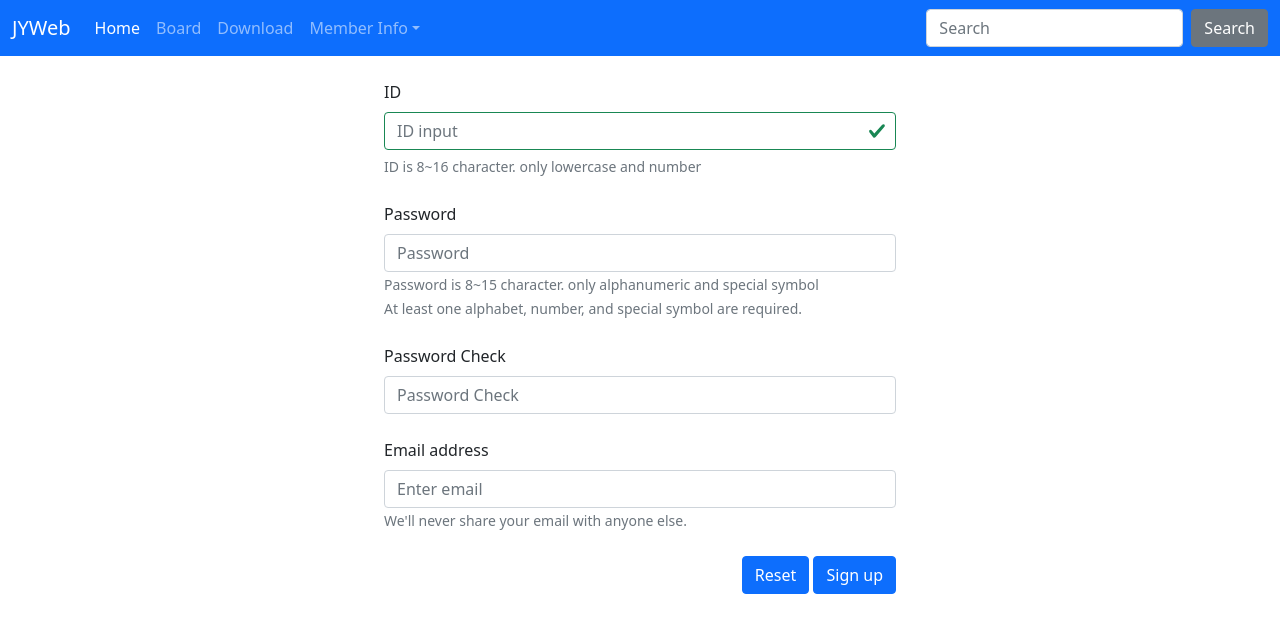
Repository: kjy4926/Javastudy
Page: http://localhost/web_service/signupform
The author's editor kept a copy of each file at every save. The page is drawn from the files as they stood at one save, then again after the next save.
The browser window is 1280 px wide. The pictures show the whole page.
The page is served by Tomcat 9. Other server files are loaded and not shown.

Above is the page before, as saved 2022-06-03 03:46:31.

### jspworkspace/web_service/WebContent/docs/signup.jsp
<%@page import="data_board.MemberDAO"%>
<%@ page language="java" contentType="text/html; charset=UTF-8"
    pageEncoding="UTF-8"%>
<%@taglib uri="http://java.sun.com/jsp/jstl/core" prefix="c" %>
<!DOCTYPE html>
<html>
<head>
	<title>Sign up</title>
	<meta charset="UTF-8">
	<link href="https://cdn.jsdelivr.net/npm/bootstrap@5.1.3/dist/css/bootstrap.min.css" rel="stylesheet" integrity="sha384-1BmE4kWBq78iYhFldvKuhfTAU6auU8tT94WrHftjDbrCEXSU1oBoqyl2QvZ6jIW3" crossorigin="anonymous">
	<link href="${pageContext.request.contextPath}/docs/css/bootstrap.min.css" rel="stylesheet">
	<style>
		.loginform{
			width: 40%;
			margin: auto;
		}
		.submit-reset{
			float: right;
		}
	</style>
	<script src="https://ajax.googleapis.com/ajax/libs/jquery/3.6.0/jquery.min.js"></script>
	<script src="${pageContext.request.contextPath}/docs/signup.js"></script>
</head>
<body>
	<c:import url="nav.jsp"></c:import>
	<section class="loginform">
		<form method="post" name="signup-form" onsubmit="return signUp(this)" action="signup">
			<div class="form-group has-success has-danger">
				<label class="form-label mt-4" for="inputID">ID</label>
				<input type="text" placeholder="ID input" class="form-control is-valid" id="inputID" name="id"
				 	pattern="^[a-z][a-z0-9]{7,15}$" oninput="idDuplicateCheck(this.form)" required>
				<div class="valid-feedback"><span id="idResult"></span></div>
				<small id="idHelp" class="form-text text-muted">ID is 8~16 character. only lowercase and number</small>
				<input type="hidden" id="dupflag" name="dupck" value="0">
			</div>
			<div class="form-group">
		      <label for="InputPassword" class="form-label mt-4">Password</label>
		      <input type="password" class="form-control" id="inputPwd" name="pwd" placeholder="Password"
		      		pattern="^(?=.*[A-Za-z])(?=.*\d)(?=.*[$@$!%*#?&])[A-Za-z\d$@$!%*#?&]{8,15}$$" required>
		      <small id="pwdHelp" class="form-text text-muted">Password is 8~15 character. only alphanumeric and special symbol</small><br>
		      <small id="pwdHelp2" class="form-text text-muted">At least one alphabet, number, and special symbol are required.</small>
		    </div>
		    <div class="form-group">
		      <label for="InputPasswordCheck" class="form-label mt-4">Password Check</label>
		      <input type="password" class="form-control" id="inputPwdck" name="pwdck" placeholder="Password Check"
		      		pattern="^(?=.*[A-Za-z])(?=.*\d)(?=.*[$@$!%*#?&])[A-Za-z\d$@$!%*#?&]{8,15}$$" required>
		    </div>
		    <div class="form-group">
		      <label for="InputEmail1" class="form-label mt-4">Email address</label>
		      <input type="email" class="form-control" id="inputEmail1" name="email"
		      		pattern="^[0-9a-zA-Z]([-_.]?[0-9a-zA-Z])*@[0-9a-zA-Z]([-_.]?[0-9a-zA-Z])*.[a-zA-Z]{2,3}$" aria-describedby="emailHelp" placeholder="Enter email" required>
		      <small id="emailHelp" class="form-text text-muted">We'll never share your email with anyone else.</small>
		    </div><br>
		    <fieldset class="submit-reset">
			    <button type="reset" class="btn btn-primary">Reset</button>
			    <button type="submit" class="btn btn-primary">Sign up</button>
		    </fieldset>
		</form>
	</section>
	<script src="https://cdn.jsdelivr.net/npm/bootstrap@5.1.3/dist/js/bootstrap.bundle.min.js" integrity="sha384-ka7Sk0Gln4gmtz2MlQnikT1wXgYsOg+OMhuP+IlRH9sENBO0LRn5q+8nbTov4+1p" crossorigin="anonymous"></script>
</body>
</html>

### jspworkspace/web_service/WebContent/docs/nav.jsp
<%@ page language="java" contentType="text/html; charset=UTF-8"
    pageEncoding="UTF-8"%>
<%@taglib uri="http://java.sun.com/jsp/jstl/core" prefix="c" %>
<!DOCTYPE html>
<html>
<head>
	<meta charset="UTF-8">
	<title>navigation</title>
</head>
<body>
	<nav class="navbar navbar-expand-lg navbar-dark bg-primary">
	  <div class="container-fluid">
	    <a class="navbar-brand" href="${pageContext.request.contextPath}/index">JYWeb</a>
	    <button class="navbar-toggler" type="button" data-bs-toggle="collapse" data-bs-target="#navbarColor01" aria-controls="navbarColor01" aria-expanded="true" aria-label="Toggle navigation">
	      <span class="navbar-toggler-icon"></span>
	    </button>

	    <div class="navbar-collapse collapse show" id="navbarColor01" style="">
	      <ul class="navbar-nav me-auto">
	        <li class="nav-item">
	          <a class="nav-link active" href="${pageContext.request.contextPath}/index">Home
	            <span class="visually-hidden">(current)</span>
	          </a>
	        </li>
	        <li class="nav-item">
	          <a class="nav-link" href="#">Board</a>
	        </li>
	        <li class="nav-item">
	          <a class="nav-link" href="#">Download</a>
	        </li>
	        <li class="nav-item dropdown">
	          <a class="nav-link dropdown-toggle" data-bs-toggle="dropdown" href="#" role="button" aria-haspopup="true" aria-expanded="false">Member Info</a>
	          <c:choose>
	          	<c:when test="${empty sessionScope.loginID}">
		          	<div class="dropdown-menu">
			            <a class="dropdown-item" href="${pageContext.request.contextPath}/loginform">Login</a>
			            <div class="dropdown-divider"></div>
			            <a class="dropdown-item" href="${pageContext.request.contextPath}/signupform">Sign up</a>
		          	</div>
	          	</c:when>
	          	<c:otherwise>
	          		<div class="dropdown-menu">
			            <a class="dropdown-item" href="#">ID</a>
			            <div class="dropdown-divider"></div>
			            <a class="dropdown-item" href="${pageContext.request.contextPath}/logout">Logout</a>
		          	</div>
	          	</c:otherwise>
	          </c:choose>
	        </li>
	      </ul>
	      <form class="d-flex">
	        <input class="form-control me-sm-2" type="text" placeholder="Search">
	        <button class="btn btn-secondary my-2 my-sm-0" type="submit">Search</button>
	      </form>
	    </div>
	  </div>
	</nav>
</body>
</html>

### jspworkspace/web_service/src/data_board/DispatcherServlet.java
package data_board;

import java.io.IOException;
import java.util.HashMap;

import javax.servlet.ServletException;
import javax.servlet.annotation.WebServlet;
import javax.servlet.http.HttpServlet;
import javax.servlet.http.HttpServletRequest;
import javax.servlet.http.HttpServletResponse;

@WebServlet("/")
public class DispatcherServlet extends HttpServlet {
	private HashMap<String, Handler> map = new HashMap<>();

	@Override
	public void init() throws ServletException {
		map.put("/idcheck", new IdCheck());
		map.put("/signup", new SignUp());
		map.put("/login", new Login());
	}

	@Override
	protected void doGet(HttpServletRequest req, HttpServletResponse resp) throws ServletException, IOException {
		process(req, resp);
	}

	@Override
	protected void doPost(HttpServletRequest req, HttpServletResponse resp) throws ServletException, IOException {
		process(req, resp);
	}

	private void process(HttpServletRequest req, HttpServletResponse resp) {
		String uri = req.getRequestURI();
		String ctxPath = req.getContextPath();
		String cmd = uri.substring(ctxPath.length());
		String prefix = "/docs/";
		String suffix = ".jsp";
		String viewPage = "";
		try {
			Handler handler = map.get(cmd);
			if(cmd.equals("/index")) {
				viewPage = "index";
			}
			else if(cmd.equals("/loginform")) {
				viewPage = "login";
			}
			else if(cmd.equals("/signupform")) {
				viewPage = "signup";
			}
			else if(handler == null) {
				return;
			}else {
				viewPage = handler.handling(req, resp);
			}
			req.getRequestDispatcher(prefix + viewPage + suffix).forward(req, resp);
		} catch(Exception e) {
			e.printStackTrace();
		}
	}
}

### jspworkspace/web_service/src/data_board/Handler.java
package data_board;

import java.io.IOException;

import javax.servlet.ServletException;
import javax.servlet.http.HttpServletRequest;
import javax.servlet.http.HttpServletResponse;

public interface Handler {
	public String handling(HttpServletRequest req, HttpServletResponse resp) throws ServletException, IOException;
}

### jspworkspace/web_service/src/data_board/IdCheck.java
package data_board;

import java.io.IOException;
import java.io.PrintWriter;

import javax.servlet.ServletException;
import javax.servlet.http.HttpServletRequest;
import javax.servlet.http.HttpServletResponse;

public class IdCheck implements Handler{
	@Override
	public String handling(HttpServletRequest req, HttpServletResponse resp) throws ServletException, IOException {
		MemberDAO mdao = MemberDAO.getInstance();
		PrintWriter out = resp.getWriter();
		int idcheck = 0;
		// 중복이 아니라면
		if(!mdao.idDuplicateCheck(req.getParameter("userId"))) {
			idcheck= 1;
		}
		req.setAttribute("idcheck", idcheck);
		return "idcheck";
	}
}

### jspworkspace/web_service/src/data_board/SignUp.java
package data_board;

import java.io.IOException;

import javax.servlet.ServletException;
import javax.servlet.http.HttpServletRequest;
import javax.servlet.http.HttpServletResponse;

public class SignUp implements Handler{

	@Override
	public String handling(HttpServletRequest req, HttpServletResponse resp) throws ServletException, IOException {
		// TODO Auto-generated method stub
		return "signup";
	}

}

### jspworkspace/web_service/src/data_board/Login.java
package data_board;

import java.io.IOException;

import javax.servlet.ServletException;
import javax.servlet.http.HttpServletRequest;
import javax.servlet.http.HttpServletResponse;

public class Login implements Handler{

	@Override
	public String handling(HttpServletRequest req, HttpServletResponse resp) throws ServletException, IOException {
		// TODO Auto-generated method stub
		return "login";
	}

}

After the next save:
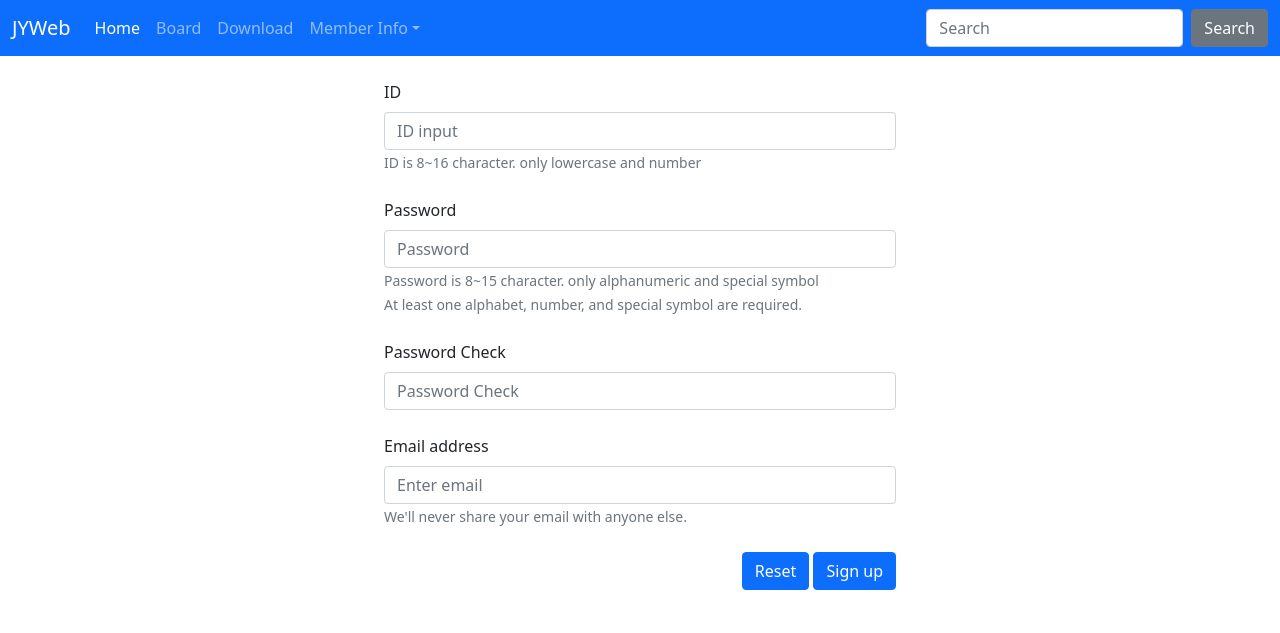
Saved 5 s later.
--- a/jspworkspace/web_service/WebContent/docs/signup.jsp
+++ b/jspworkspace/web_service/WebContent/docs/signup.jsp
@@ -27,7 +27,7 @@
 		<form method="post" name="signup-form" onsubmit="return signUp(this)" action="signup">
 			<div class="form-group has-success has-danger">
 				<label class="form-label mt-4" for="inputID">ID</label>
-				<input type="text" placeholder="ID input" class="form-control is-valid" id="inputID" name="id"
+				<input type="text" placeholder="ID input" class="form-control" id="inputID" name="id"
 				 	pattern="^[a-z][a-z0-9]{7,15}$" oninput="idDuplicateCheck(this.form)" required>
 				<div class="valid-feedback"><span id="idResult"></span></div>
 				<small id="idHelp" class="form-text text-muted">ID is 8~16 character. only lowercase and number</small>
